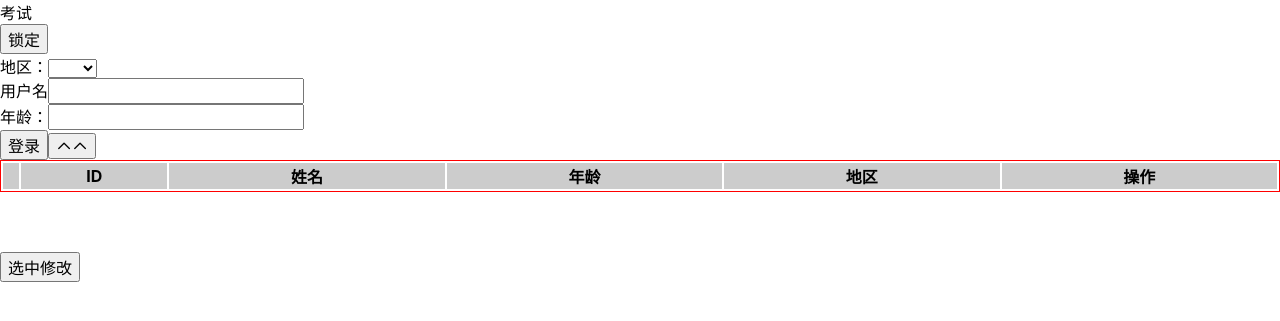
Repository: Sjl-2114/2006z
Page: / (app in A卷/vue-kaoshi/)
These files come from the project's save history. The page is drawn as it stood at one moment and after the next save; the edit follows.
The browser window is 1280 px wide. The pictures show the whole page.
The project was rebuilt for these pictures with package versions that can differ from the ones it lists, and the page was loaded fresh each time.

Above is the page before, as saved 2021-04-28 17:11:19.

After the next save:
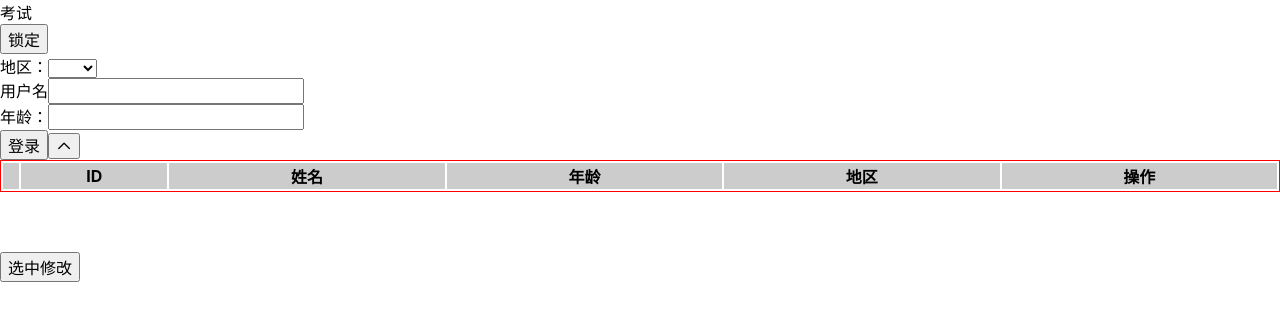
Saved 10 s later.
--- a/A卷/vue-kaoshi/src/App.vue
+++ b/A卷/vue-kaoshi/src/App.vue
@@ -26,7 +26,7 @@
     <button v-else @click="xiu" :disabled="isT">修改</button>
     <button @click="pai">
           <van-icon name="arrow-up"></van-icon>
-          <van-icon name="arrow-up"></van-icon>
+          <van-icon name="auprrow-"></van-icon>
     </button>
     <br />
     <table style="width: 100%" class="table">
